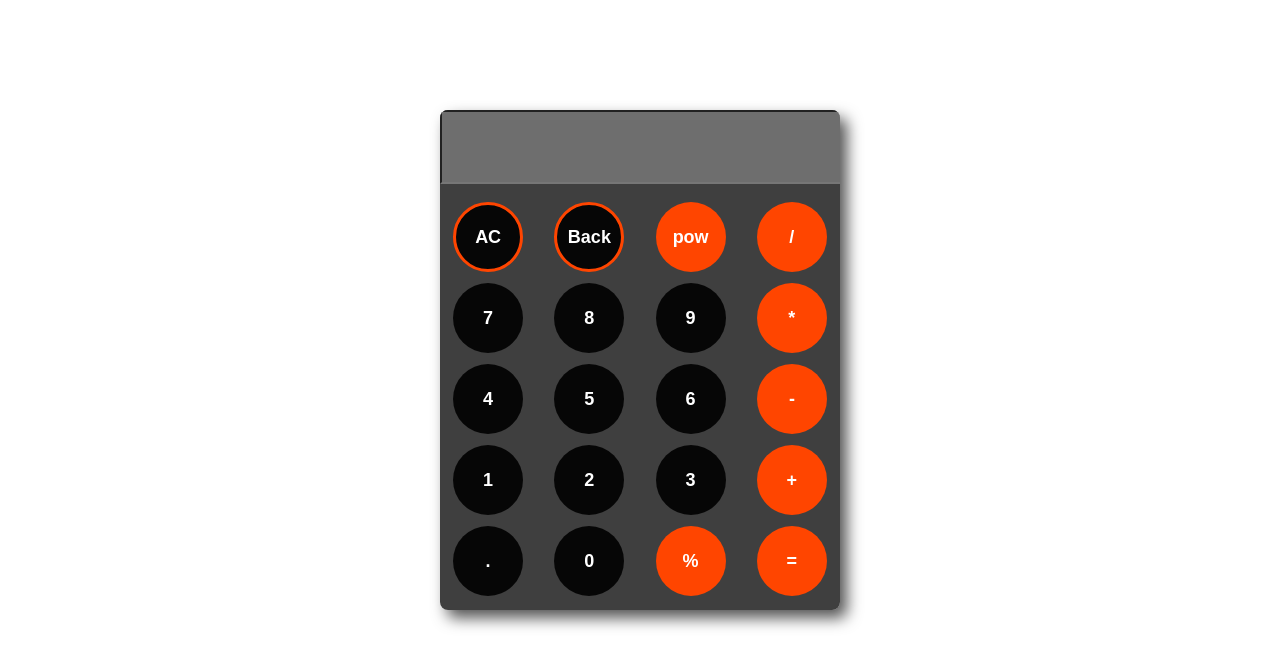
Repository: SakthivelDurai47/calculator
Page: index.html
An editor plug-in stored every save of this project. The page is shown before and after the next save, followed by the edit.
The browser window is 1280 px wide. The pictures show the whole page.

Above is the page before, as saved 2025-04-13 15:54:01.

### index.html
<!DOCTYPE html>
<html lang="en">
  <head>
    <meta charset="UTF-8" />
    <meta name="viewport" content="width=device-width, initial-scale=1.0" />
    <title>Calculator</title>
    <link rel="stylesheet" href="styles.css" />
  </head>
  <body>
    <div id="calculator">
      <input id="display" readonly />
      <div id="buttons">
        <button onclick="clearDisplay()" class="control">AC</button>
        <button onclick="removeFromDisplay()" class="control">Back</button>
        <button onclick="addToDisplay('**')" class="operator">pow</button>
        <button onclick="addToDisplay('/')" class="operator">/</button>
        <button onclick="addToDisplay('7')">7</button>
        <button onclick="addToDisplay('8')">8</button>
        <button onclick="addToDisplay('9')">9</button>
        <button onclick="addToDisplay('*')" class="operator">*</button>
        <button onclick="addToDisplay('4')">4</button>
        <button onclick="addToDisplay('5')">5</button>
        <button onclick="addToDisplay('6')">6</button>
        <button onclick="addToDisplay('-')" class="operator">-</button>
        <button onclick="addToDisplay('1')">1</button>
        <button onclick="addToDisplay('2')">2</button>
        <button onclick="addToDisplay('3')">3</button>
        <button onclick="addToDisplay('+')" class="operator">+</button>
        <button onclick="addToDisplay('.')">.</button>
        <button onclick="addToDisplay('0')">0</button>
        <button onclick="addToDisplay('%')" class="operator">%</button>
        <button onclick="calculate()" class="operator">=</button>
      </div>
    </div>
    <script src="index.js"></script>
  </body>
</html>

### styles.css
body {
  margin: 0;
  display: flex;
  justify-content: center;
  align-items: center;
  height: 100vh;
}
#buttons {
  display: grid;
  grid-template-columns: repeat(4, 1fr);
  gap: 5px;
  align-items: center;
  justify-items: center;
}
button {
  width: 70px;
  height: 70px;
  border-radius: 35px;
  border: none;
  background-color: rgba(0, 0, 0, 0.9);
  color: white;
  font-size: large;
  font-weight: bold;
  margin: 3px;
  margin-left: 10px;
  margin-right: 10px;
}
button:hover {
  background-color: rgba(0, 0, 0, 0.5);
}
button:active {
  background-color: rgba(0, 0, 0, 0.1);
}
.control {
  border: 3px solid orangered;
}
.operator {
  background-color: orangered;
}
.operator:hover {
  background-color: rgba(255, 68, 0, 0.564);
}
.operator:active {
  background-color: rgba(255, 68, 0, 0.128);
}
#calculator {
  width: 400px;
  height: 500px;
  background-color: rgba(0, 0, 0, 0.751);
  border-radius: 8px;
  box-shadow: 7px 8px 15px rgba(0, 0, 0, 0.678);
  overflow: hidden;
}
#display {
  width: 100%;
  height: 60px;
  margin-bottom: 15px;
  background-color: rgba(137, 137, 137, 0.642);
  color: white;
  font-size: 38px;
  letter-spacing: 3px;
  font-weight: bold;
  padding: 5px;
}

### index.js
const display = document.getElementById("display");
let preValue = [""];
let errors = false;

function addToDisplay(input) {
  if (!errors) {
    display.value += input;
    preValue.push(display.value);
  } else {
    display.value = "";
    preValue = [""];
    errors = false;
    addToDisplay(input);
  }
}

function clearDisplay() {
  display.value = "";
  preValue = [""];
  errors = false;
}

function removeFromDisplay() {
  if (preValue.length > 1) {
    preValue.pop();
    display.value = preValue[preValue.length - 1];
    console.log(preValue);
  }
}

function calculate() {
  try {
    display.value = eval(display.value);
  } catch (error) {
    display.value = "error";
    errors = true;
  }
}

After the next save:
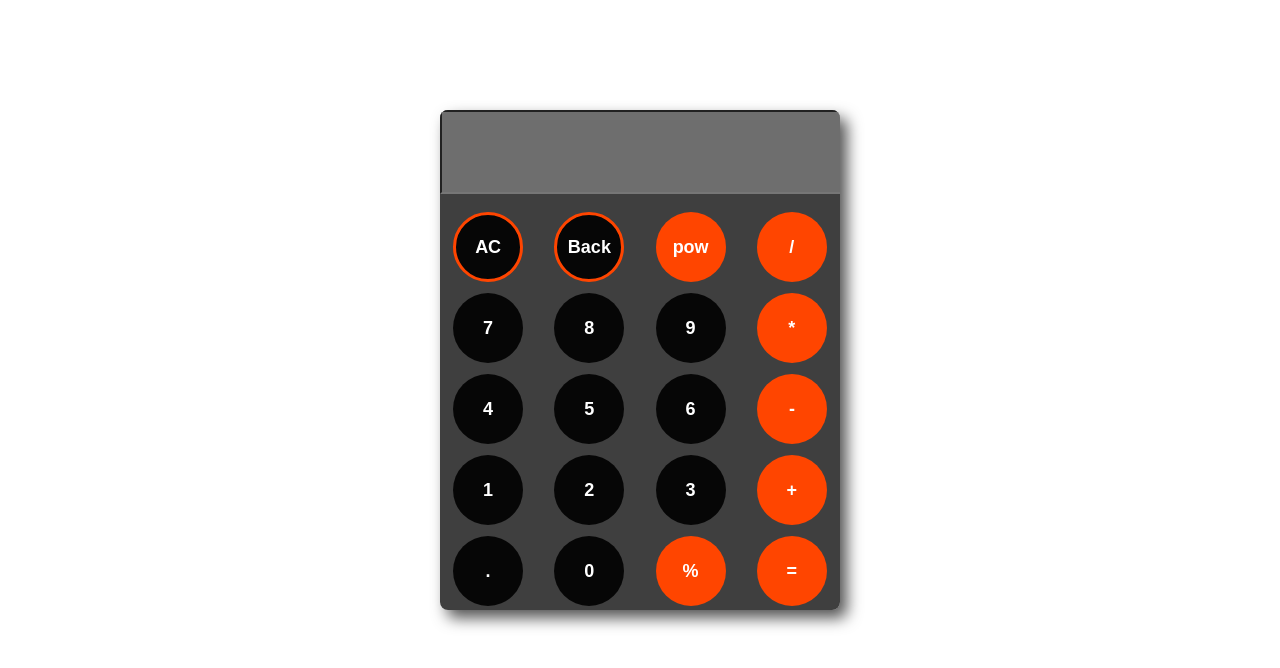
Saved 14 s later.
--- a/styles.css
+++ b/styles.css
@@ -60,5 +60,5 @@ button:active {
   font-size: 38px;
   letter-spacing: 3px;
   font-weight: bold;
-  padding: 5px;
+  padding: 10px;
 }
